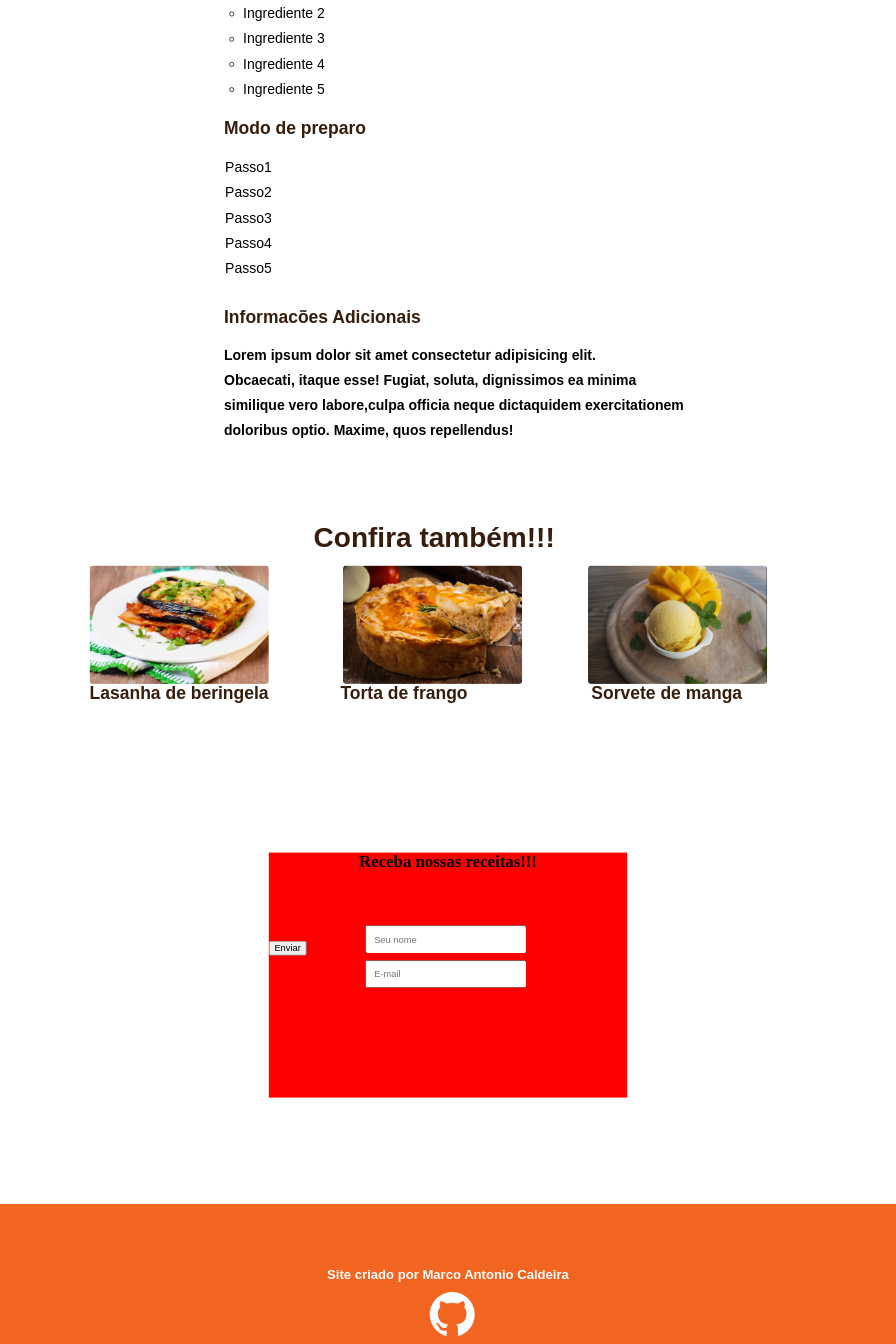
Repository: MarcoantonioCaldeira/Aprendizados-e-Conhecimentos
Page: Receitas da Casa/index.html
These files come from the project's save history. The page is drawn as it stood at one moment and after the next save; the edit follows.
The browser window is 1280 px wide. The pictures show the part of the page from y = 860 to 2780 px (the page is 2780 px tall), at 70% of full size.

Above is the page before, as saved 2022-05-31 15:43:35.

After the next save:
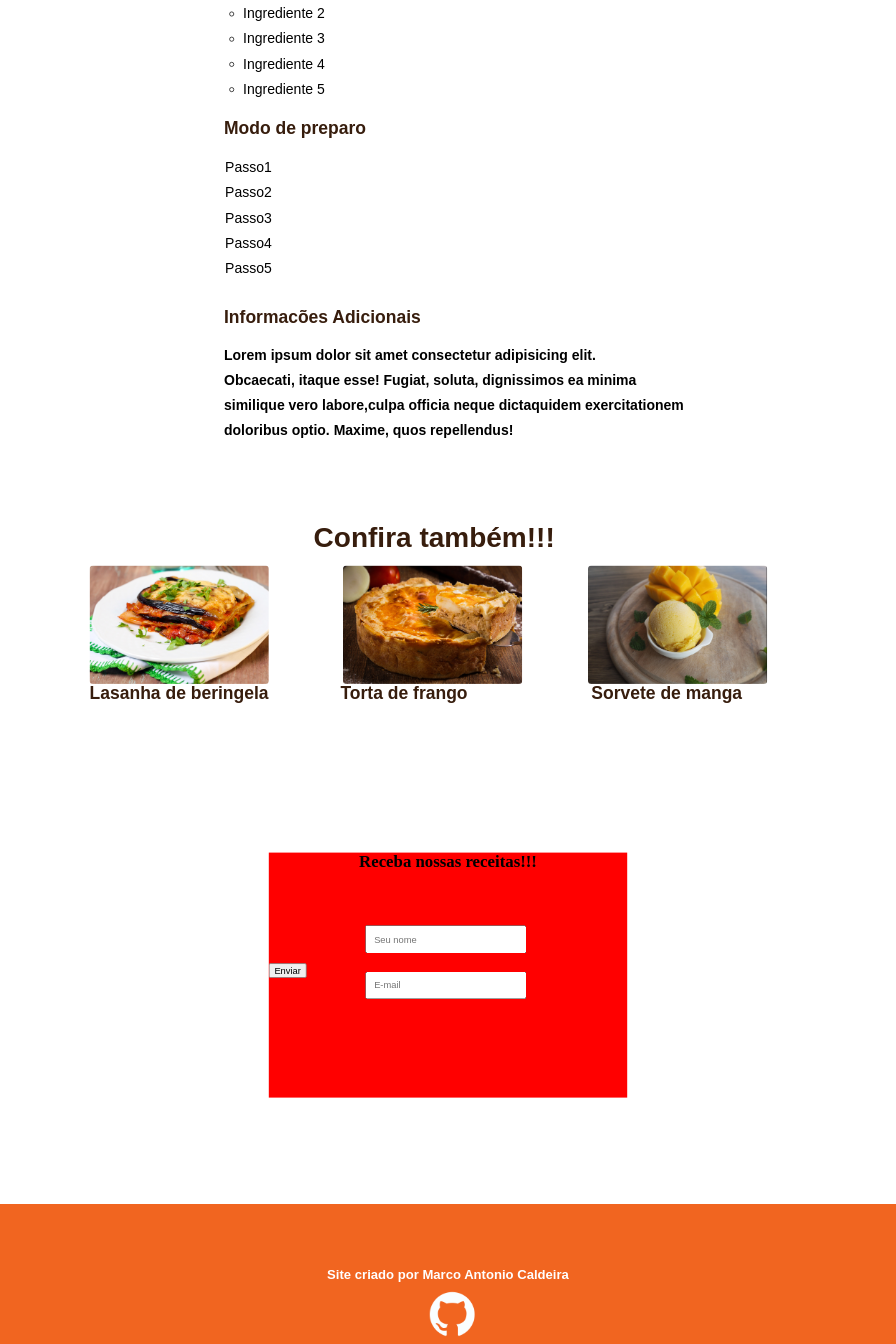
Saved 9 s later.
--- a/Receitas da Casa/css/estilo.css
+++ b/Receitas da Casa/css/estilo.css
@@ -55,7 +55,7 @@
   position:relative;
   padding:2%;
   top:22%;
-  margin-bottom: 10px;
+  margin-bottom: 5%;
   left:27%;
   display: block;
   width: 40%;
